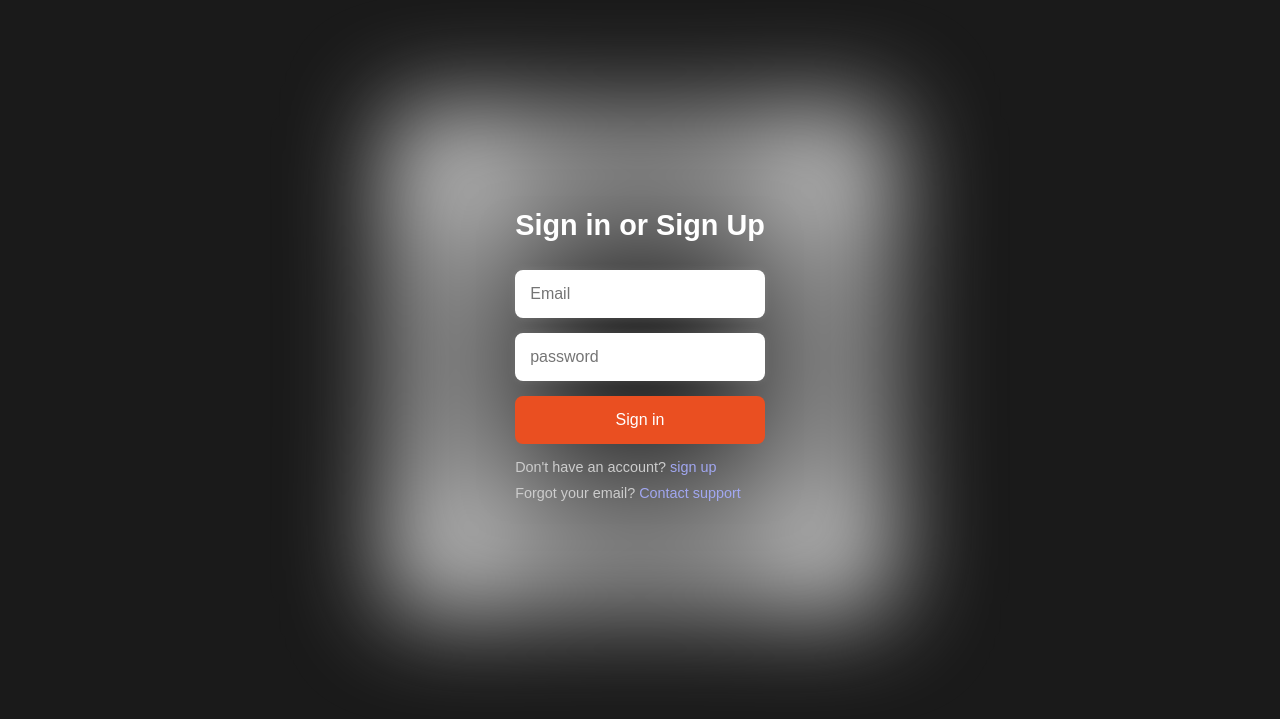
Repository: cmd-keyu/mobileppsh
Page: pages/login.html
These files come from the project's save history. The page is drawn as it stood at one moment and after the next save; the edit follows.
The browser window is 1280 px wide. The pictures show the whole page.

Above is the page before, as saved 2024-11-12 00:23:10.

After the next save:
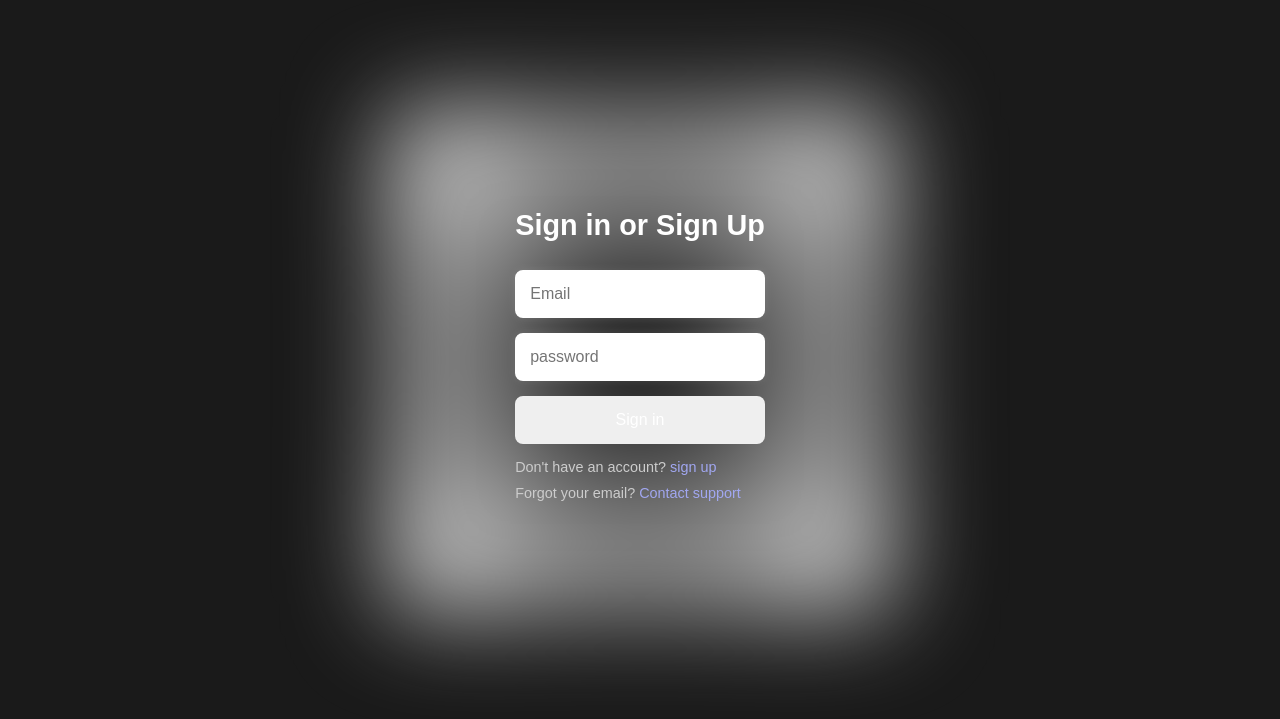
Saved 2 min 8 s later.
--- a/css/login.css
+++ b/css/login.css
@@ -88,7 +88,7 @@
   button {
     padding: 15px;
     font-size: 1em;
-    background-color: rgb(234, 79, 33);
+    color: #a1a7f1;
     color: #fff;
     border: none;
     border-radius: 8px;
